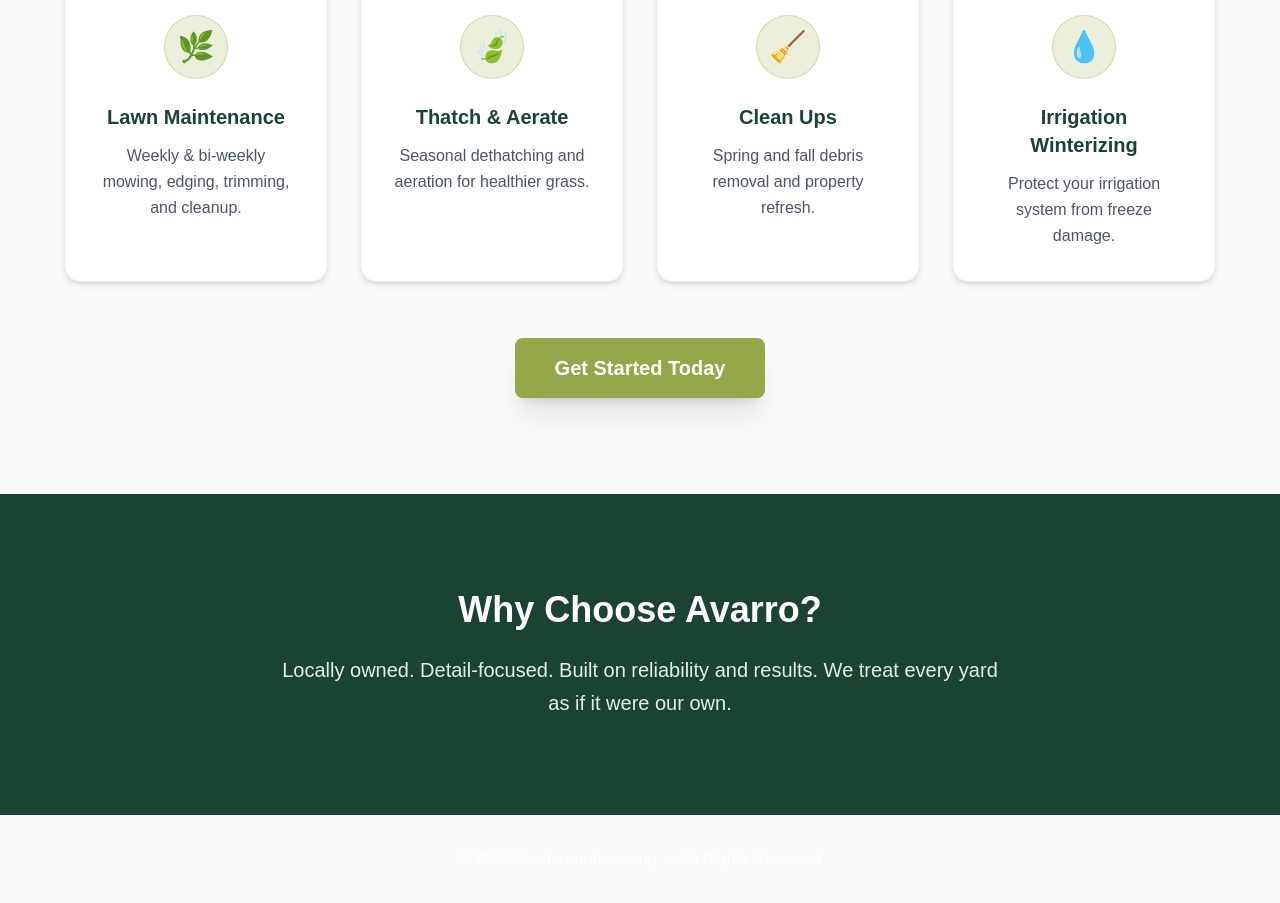
Repository: KalebMalone/Avarro
Page: /
The author's editor kept a copy of each file at every save. The page is drawn from the files as they stood at one save, then again after the next save.
The browser window is 1280 px wide. The pictures show the part of the page from y = 866 to 1818 px (the page is 1769 px tall before and 1818 px after).
The project was rebuilt for these pictures with package versions that can differ from the ones it lists, and the page was loaded fresh each time. Also part of the build but not shown: vite.config.js, src/pages/ServicesPage.jsx, src/pages/About.jsx, src/components/ContactForm.jsx, src/pages/Contact.jsx.

Above is the page before, as saved 2026-01-28 14:00:04.

After the next save:
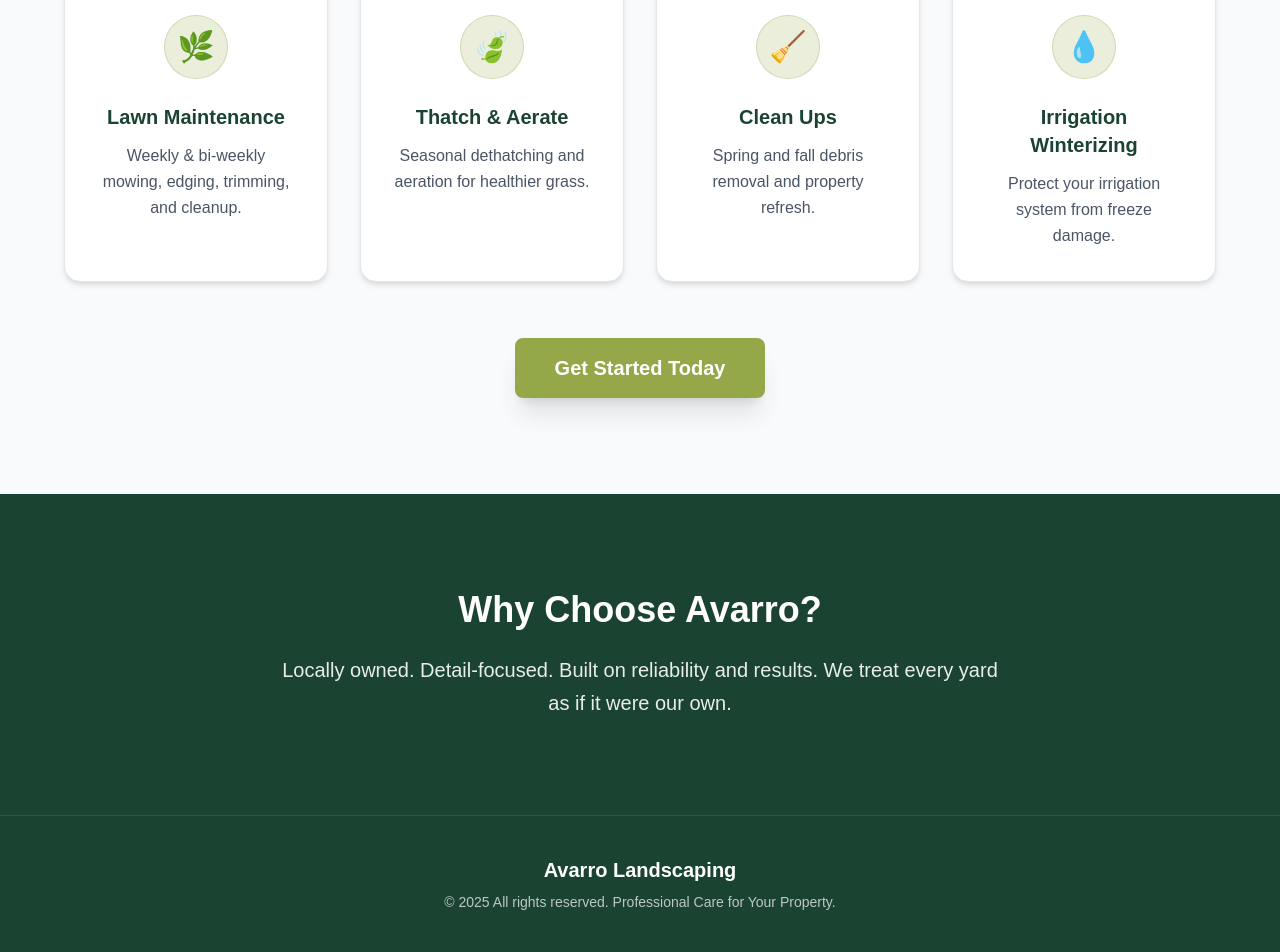
Saved 45 s later.
--- a/src/components/Footer.jsx
+++ b/src/components/Footer.jsx
@@ -1,7 +1,13 @@
 export default function Footer() {
     return (
-        <footer className="bg-darkgreen text-white py-8 text-center">
-            © {new Date().getFullYear()} Avarro Landscaping — All Rights Reserved
+        /* Changed bg-white to #1a4332 to match your bottom section */
+        <footer className="bg-[#1a4332] border-t border-white/10 py-10 text-white">
+            <div className="max-w-7xl mx-auto px-6 text-center">
+                <p className="font-bold text-xl mb-2">Avarro Landscaping</p>
+                <p className="opacity-70 text-sm">
+                    © {new Date().getFullYear()} All rights reserved. Professional Care for Your Property.
+                </p>
+            </div>
         </footer>
     );
 }
